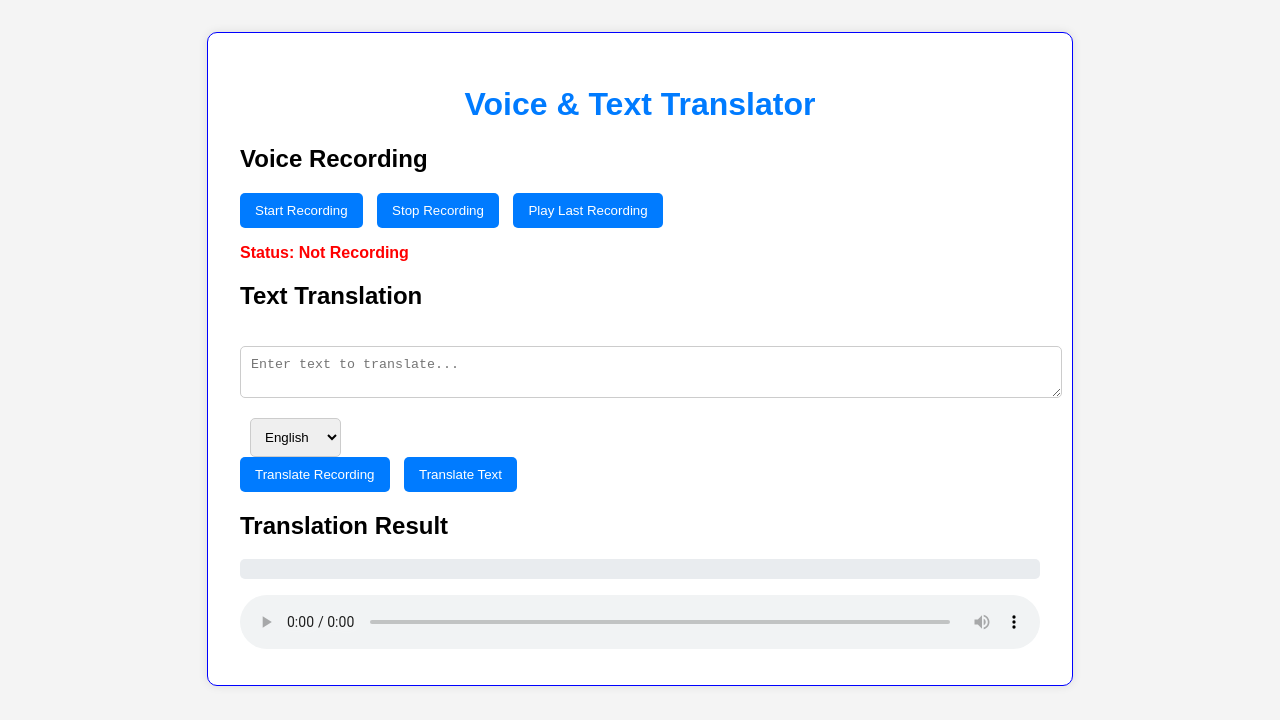
Repository: Tobby004/voice-and-text-translator
Page: index.html
The author's editor kept a copy of each file at every save. The page is drawn from the files as they stood at one save, then again after the next save.
The browser window is 1280 px wide. The pictures show the whole page.

Above is the page before, as saved 2023-09-07 12:26:20.

After the next save:
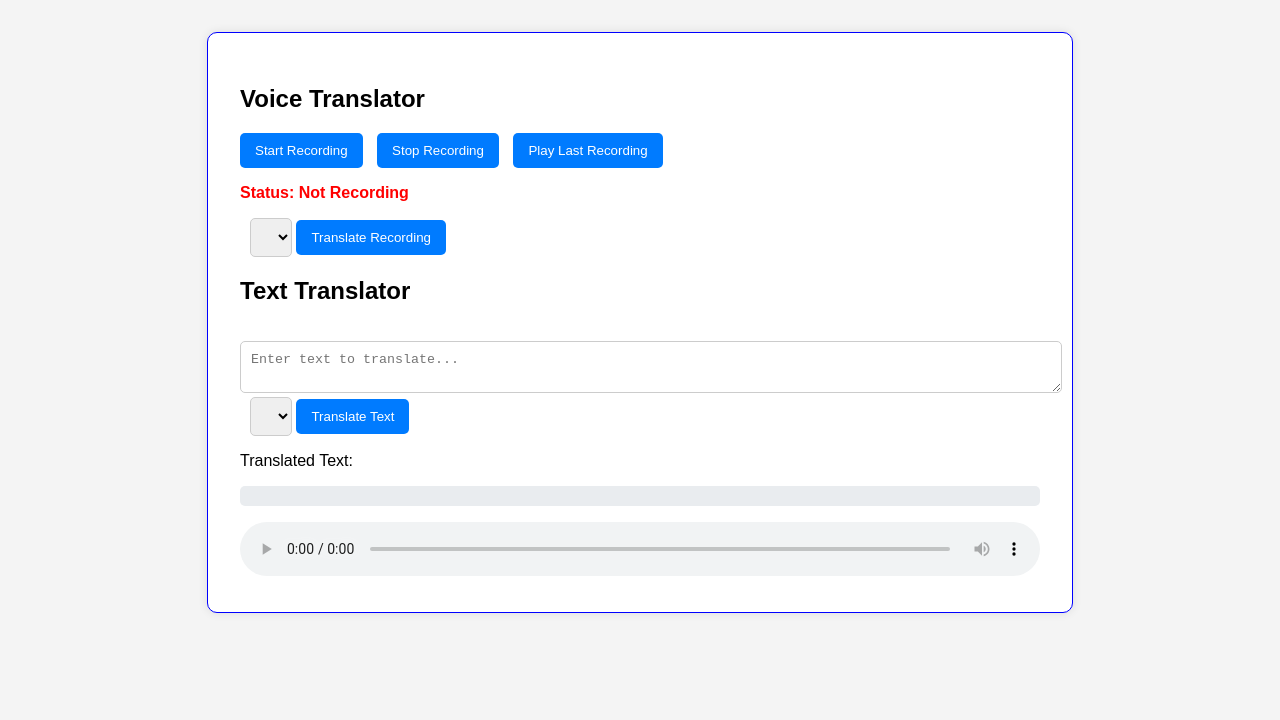
Console error: ReferenceError: populateLanguageDropdown is not defined
Saved 75 min 22 s later.
--- a/index.html
+++ b/index.html
@@ -1,61 +1,45 @@
 <!DOCTYPE html>
 <html lang="en">
+
 <head>
     <meta charset="UTF-8">
     <meta name="viewport" content="width=device-width, initial-scale=1.0">
     <title>Voice & Text Translator</title>
     <link rel="stylesheet" href="style.css">
 </head>
+
 <body>
-    <!-- Voice Recording Section -->
     <div class="container">
-        <h1 class="title">Voice & Text Translator</h1>
-
         <!-- Voice Recording Section -->
         <div class="section">
-            <h2>Voice Recording</h2>
-            <div class="btn-group">
-                <button id="startRecord">Start Recording</button>
-                <button id="stopRecord">Stop Recording</button>
-                <button id="playAudio">Play Last Recording</button>
-            </div>
+            <h2>Voice Translator</h2>
+            <button id="startRecord">Start Recording</button>
+            <button id="stopRecord">Stop Recording</button>
+            <button id="playAudio">Play Last Recording</button>
             <p id="recordingStatus">Status: Not Recording</p>
+            <select id="voiceLanguageSelect">
+                <!-- Languages will be populated via JavaScript -->
+            </select>
+            <button id="translate">Translate Recording</button>
         </div>
 
         <!-- Text Entry Section -->
         <div class="section">
-            <h2>Text Translation</h2>
+            <h2>Text Translator</h2>
             <textarea id="textToTranslate" placeholder="Enter text to translate..."></textarea>
+            <select id="textLanguageSelect">
+                <!-- Languages will be populated via JavaScript -->
+            </select>
+            <button id="textTranslate">Translate Text</button>
         </div>
 
-        <!-- Language Selection & Translate Buttons -->
-        <div class="section">
-            <select id="languageSelect">
-                <option value="en">English</option>
-                <option value="de">German</option>
-                <option value="fr">French</option>
-                <option value="es">Spanish</option>
-                <!-- Add more languages as needed -->
-            </select>
-            <div class="btn-group">
-                <button id="translate">Translate Recording</button>
-                <button id="textTranslate">Translate Text</button>
-            </div>
-        </div>
+        <p>Translated Text:</p>
+        <div id="translatedTextContainer"></div>
 
-        <!-- Translation Display -->
-        <div class="section">
-            <h2>Translation Result</h2>
-            <div id="translatedTextContainer"></div>
-        </div>
-
-        <!-- Audio Player -->
-        <div class="section">
-            <audio id="audioPlayer" controls></audio>
-        </div>
+        <audio id="audioPlayer" controls></audio>
     </div>
 
     <script src="app.js"></script>
-    <script src="translator.js"></script>
 </body>
+
 </html>
--- a/app.js
+++ b/app.js
@@ -30,7 +30,6 @@ async function startRecording() {
 
         const audioPlayer = document.getElementById("audioPlayer");
         audioPlayer.src = audioUrl;
-        audioPlayer.style.display = "block";
     };
 
     mediaRecorder.start();
@@ -72,30 +71,18 @@ async function translateRecording() {
         return;
     }
 
-    // Use the Speech Recognition API to transcribe the voice input
-    const recognition = new window.webkitSpeechRecognition();
-    recognition.lang = 'en-US';
-    recognition.interimResults = false;
-    recognition.maxAlternatives = 1;
-    recognition.start();
+    // Placeholder for sending the audioBlob to a voice-to-text service
+    let transcribedText = "This is a placeholder for the transcribed text.";
 
-    recognition.onresult = async (event) => {
-        const transcribedText = event.results[0][0].transcript;
+    const sourceLang = 'en';
+    const targetLang = document.getElementById("languageSelect").value;
 
-        const sourceLang = 'en';
-        const targetLang = document.getElementById("languageSelect").value;
-
-        if (sourceLang !== targetLang) {
-            let translated = await translateTextUsingMyMemory(transcribedText, sourceLang, targetLang);
-            document.getElementById("translatedTextContainer").textContent = translated;
-        } else {
-            document.getElementById("translatedTextContainer").textContent = "Please select a different language for translation.";
-        }
-    };
-
-    recognition.onerror = (event) => {
-        console.error(`Error occurred in recognition: ${event.error}`);
-    };
+    if (sourceLang !== targetLang) {
+        let translated = await translateText(sourceLang, targetLang, transcribedText);
+        document.getElementById("translatedTextContainer").textContent = translated;
+    } else {
+        document.getElementById("translatedTextContainer").textContent = "Please select a different language for translation.";
+    }
 }
 
 async function translateTextContent() {
@@ -105,7 +92,7 @@ async function translateTextContent() {
 
     if (sourceText) {
         if (sourceLang !== targetLang) {
-            let translated = await translateTextUsingMyMemory(sourceText, sourceLang, targetLang);
+            let translated = await translateText(sourceLang, targetLang, sourceText);
             document.getElementById("translatedTextContainer").textContent = translated;
         } else {
             document.getElementById("translatedTextContainer").textContent = "Please select a different language for translation.";
@@ -115,14 +102,11 @@ async function translateTextContent() {
     }
 }
 
-async function translateTextUsingMyMemory(sourceText, sourceLang, targetLang) {
-    const endpoint = `https://api.mymemory.translated.net/get?q=${sourceText}&langpair=${sourceLang}|${targetLang}`;
+// A stub for the translateText function. This should be updated to call the actual translation API.
+async function translateText(sourceLang, targetLang, text) {
+    // TODO: Implement actual call to translation API
+    return `Translated [${sourceLang} to ${targetLang}]: ${text}`;
+}
 
-    const response = await fetch(endpoint);
-    if (!response.ok) {
-        throw new Error("Failed to fetch translation");
-    }
-
-    const data = await response.json();
-    return data.responseData.translatedText;
-}
+// Call to populate the dropdown on page load
+populateLanguageDropdown();
